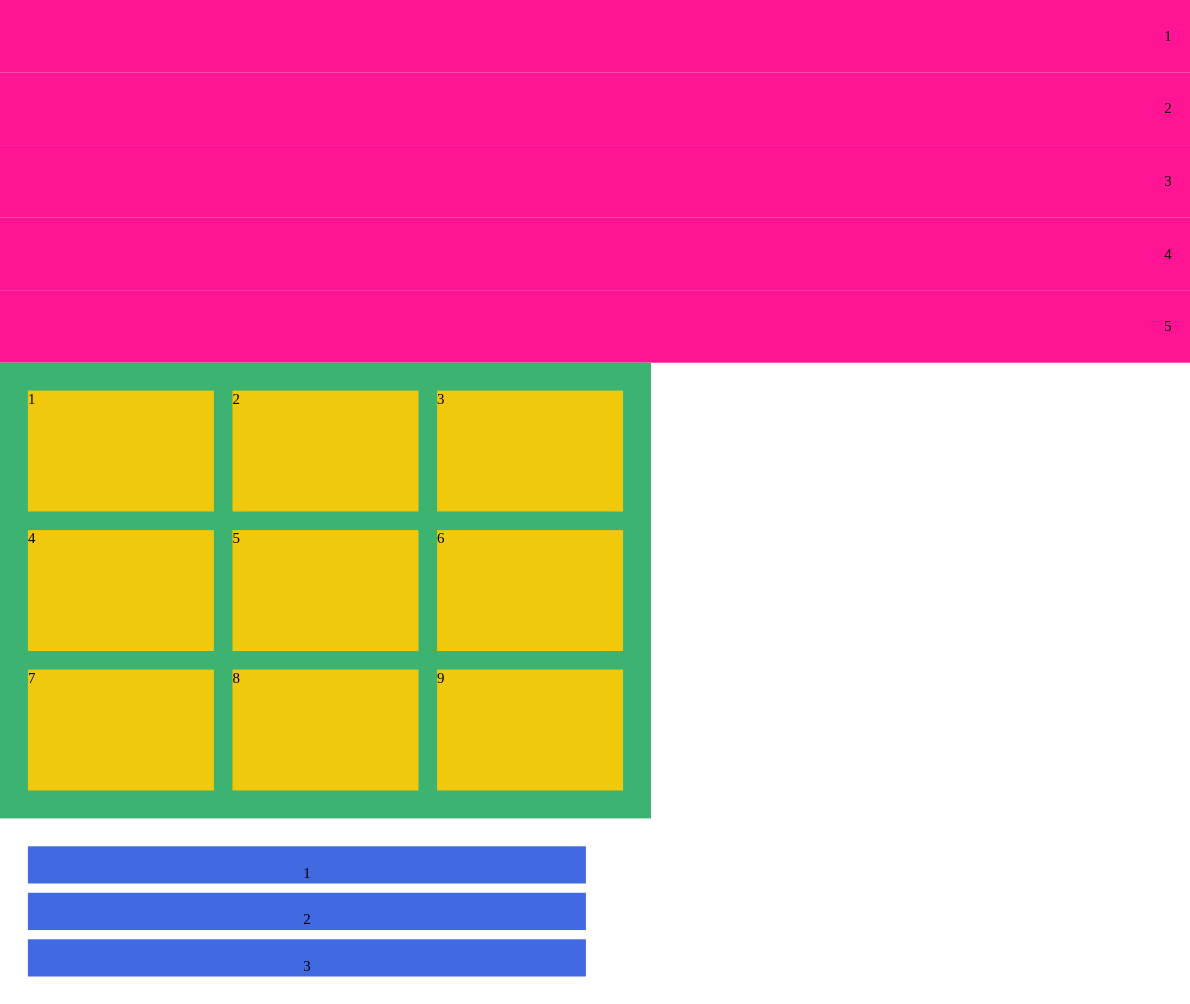
Repository: TsuKou/MainContents
Page: flex1/flex1.html
The author's editor kept a record of every edit. The page is drawn from the files as they stood at one moment, then again after the next edit.
The browser window is 1280 px wide. The pictures show the whole page, at 93% of full size.

Above is the page before.

After the next edit:
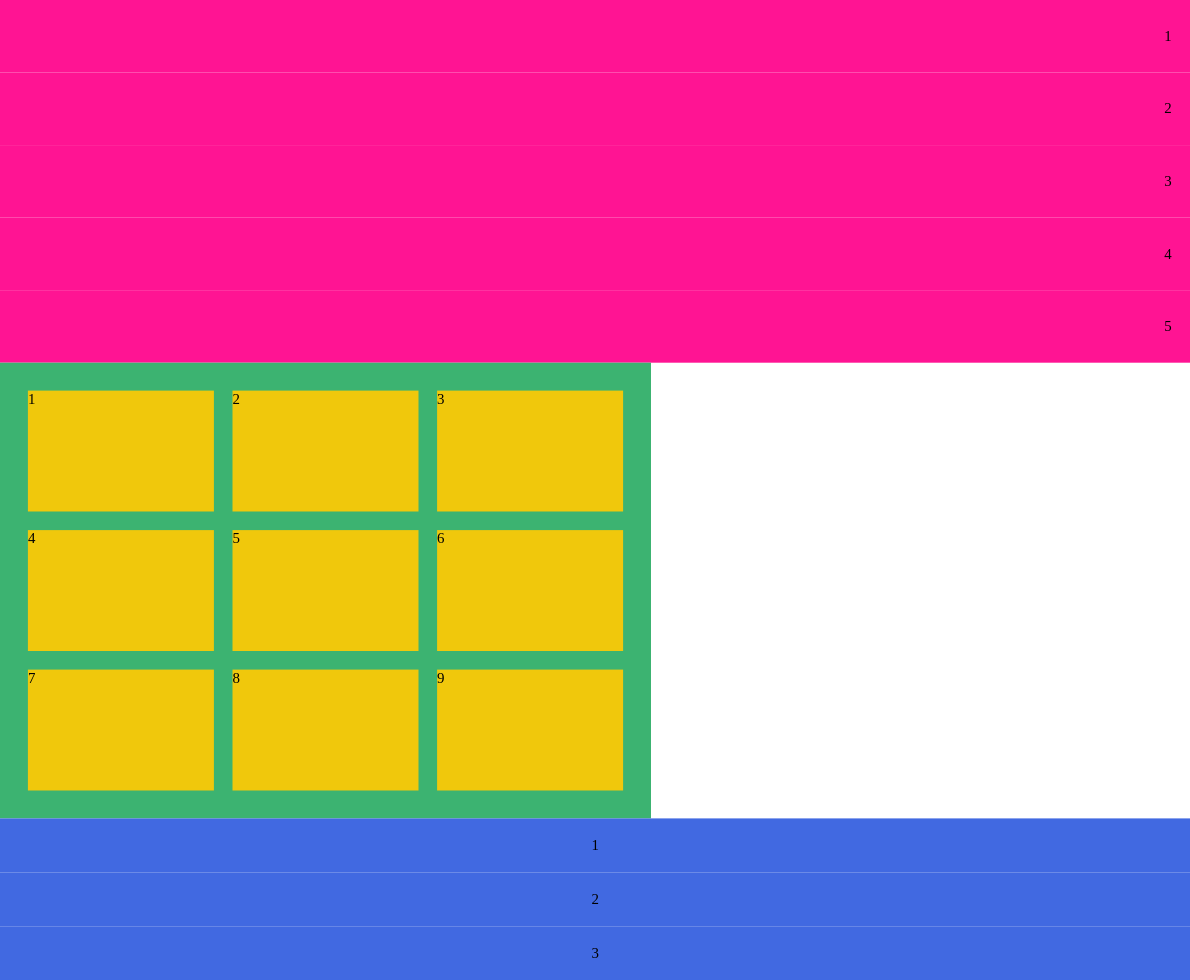
The edit:
--- a/flex1/flex1.css
+++ b/flex1/flex1.css
@@ -64,21 +64,5 @@
   flex-basis: 45%;
   max-width: 600px;
   height: 40px;
-}
-
-
-.f-box-g {
-  padding: 20px;
-
-}
-
-.f-box-g > div {
-
-
-}
-
-.f-box {
-  max-width: 600px;
-  height: 40px;
   margin: 10px;
 }
